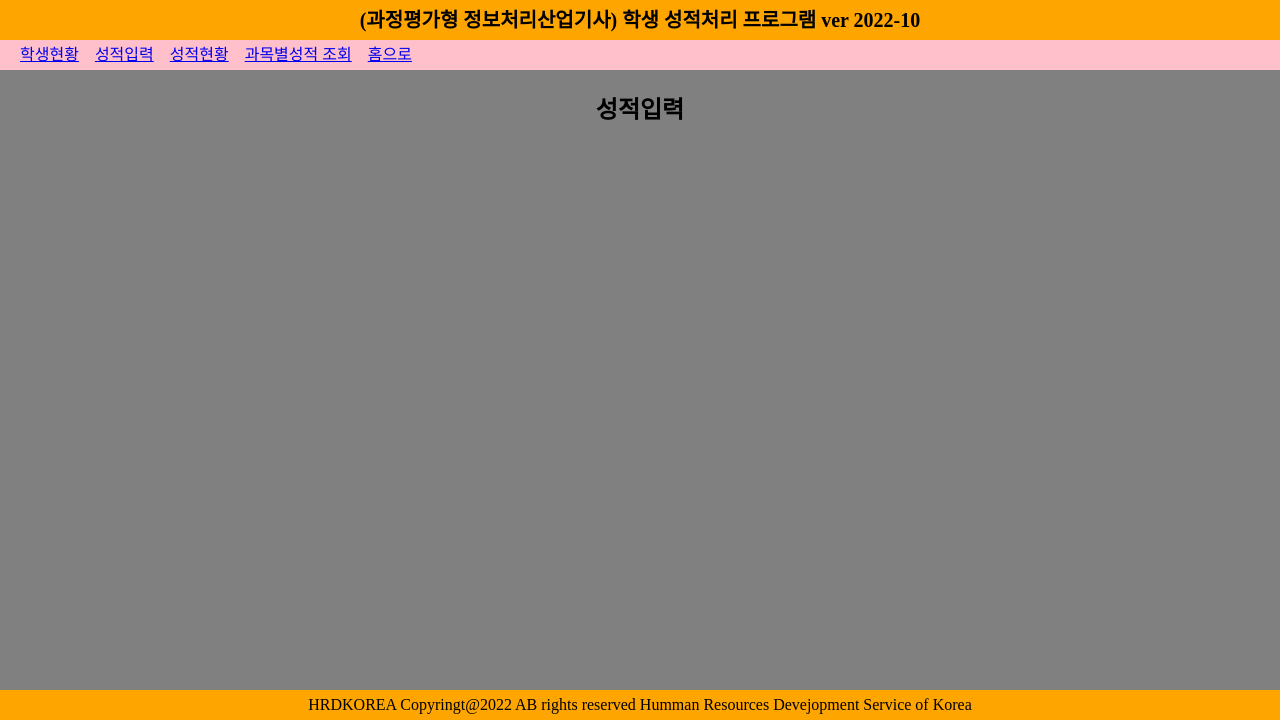
Repository: wjdwlgns1101/school_hrd
Page: http://localhost/school_30111/insert.jsp
These files come from the project's save history. The page is drawn as it stood at one moment and after the next save; the edit follows.
The browser window is 1280 px wide. The pictures show the whole page.
The page is served by Tomcat 9.

Above is the page before, as saved 2024-04-29 08:22:54.

After the next save:
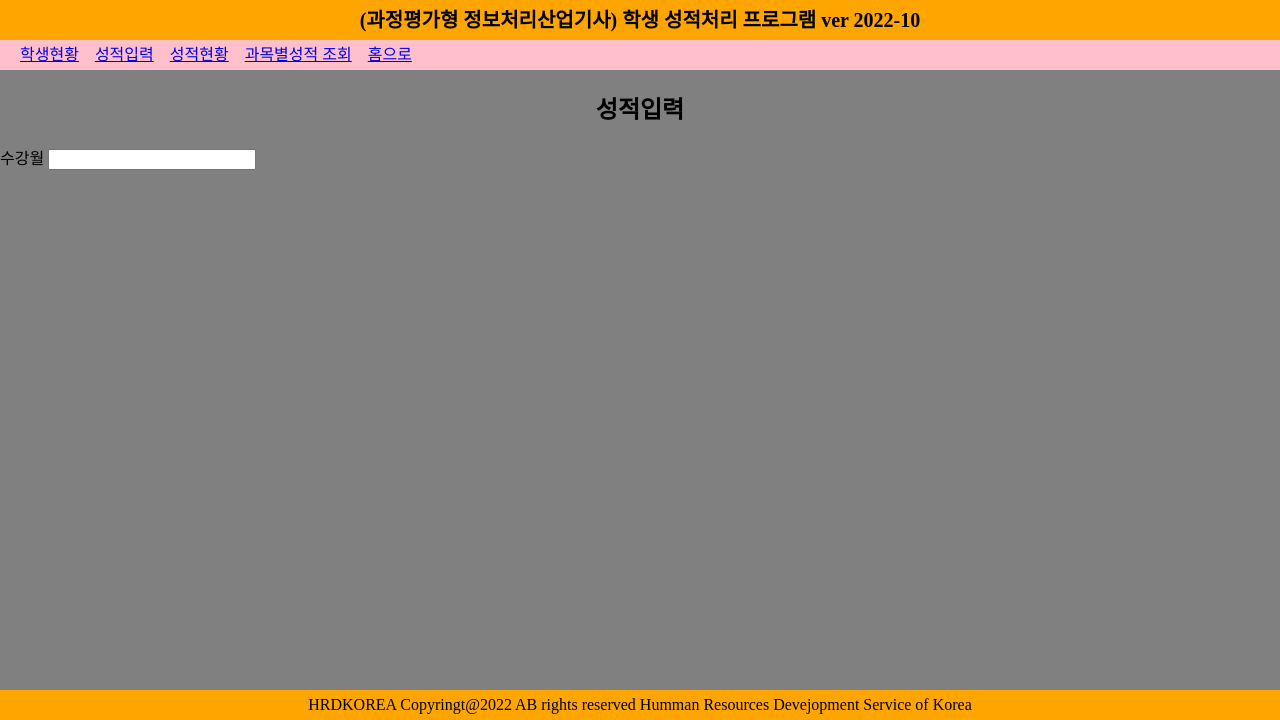
Saved 6 min 1 s later.
--- a/hrd_30111_school2 완성/school_30111/src/main/webapp/insert.jsp
+++ b/hrd_30111_school2 완성/school_30111/src/main/webapp/insert.jsp
@@ -13,6 +13,10 @@
 <section style="position: fixed; background-color: gray; width: 100%; top: 70px; height: 100%; left: 0;">
 	<h2 style="text-align: center;"><b>성적입력</b></h2>
 
+	<tr>
+		<td style="text-align: center;"> 수강월 </td>
+		<td> <input type="text" name="resist_month" style="width: 200px">
+
 
 </section>
 
